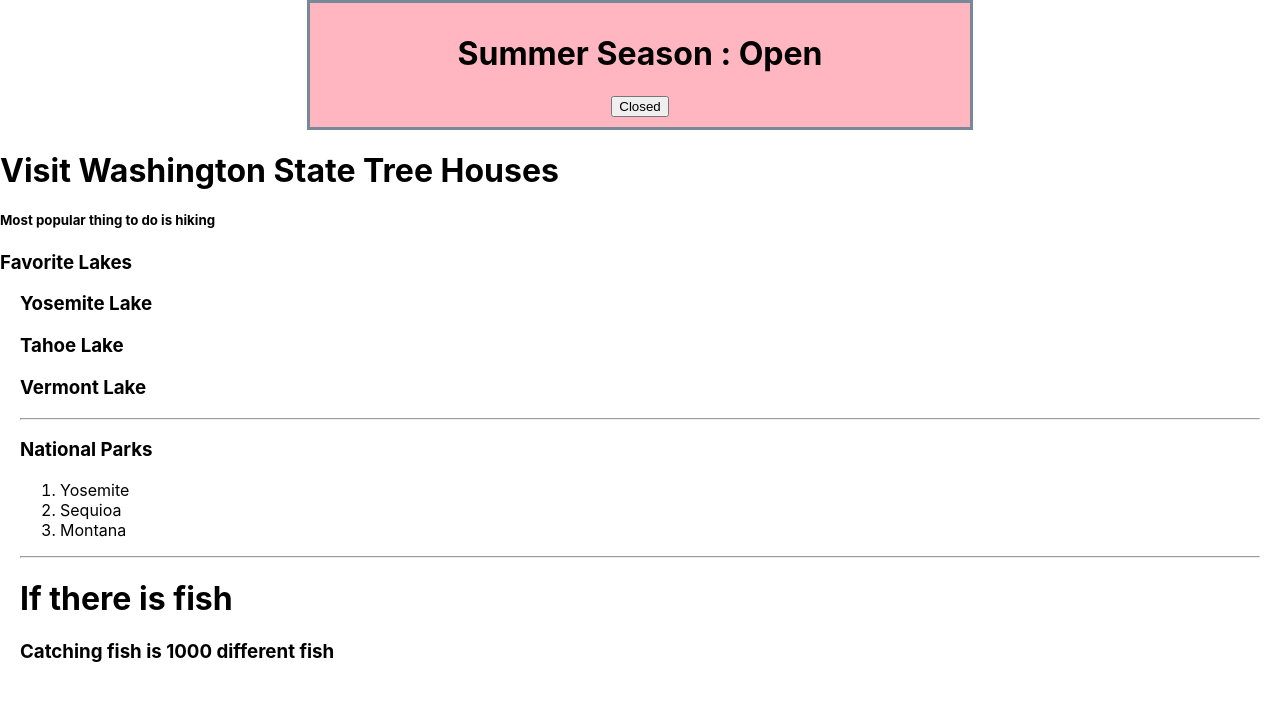
Repository: CaptainStorm21/intro-react-hooks
Page: /
These files come from the project's save history. The page is drawn as it stood at one moment and after the next save; the edit follows.
The browser window is 1280 px wide. The pictures show the whole page.
The project was rebuilt for these pictures with package versions that can differ from the ones it lists, and the page was loaded fresh each time. Also part of the build but not shown: src/App.css.

Above is the page before, as saved 2020-05-27 00:24:31.

After the next save:
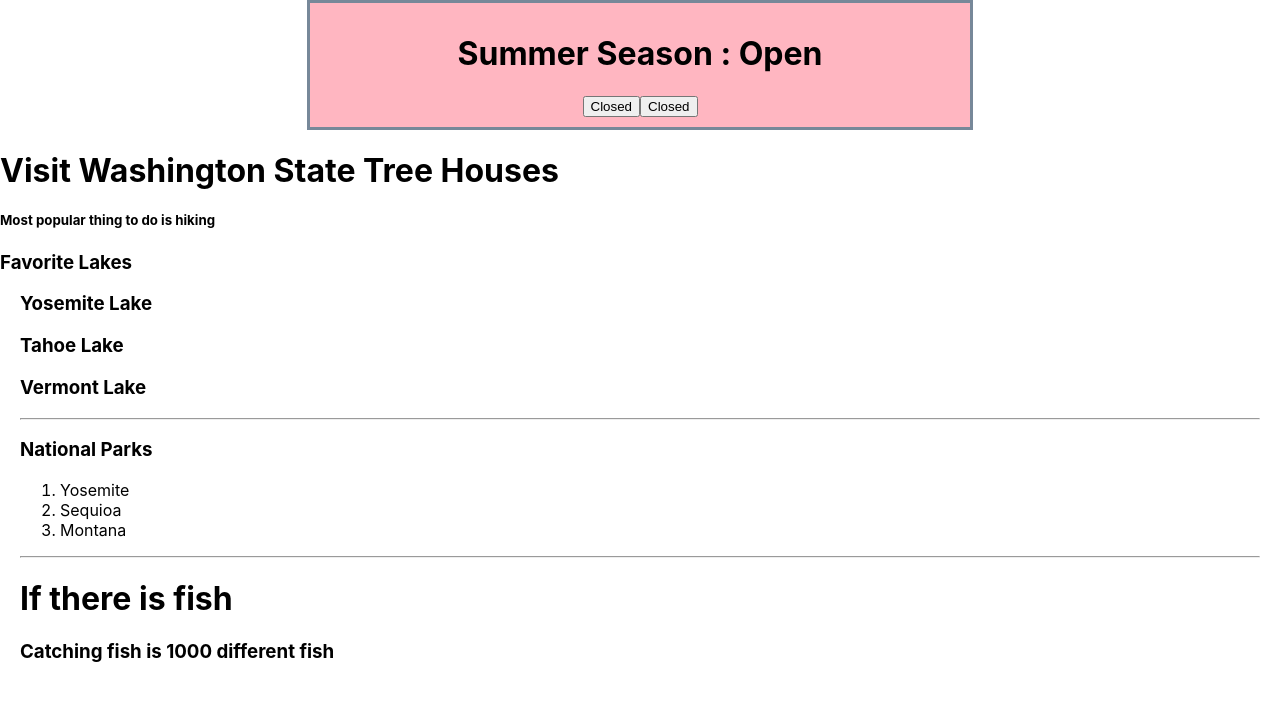
Saved 23 s later.
--- a/src/Fragment.js
+++ b/src/Fragment.js
@@ -20,8 +20,9 @@ function Fragment() {
   return (
     <>
       <div className="div-style">
-              <h1>Summer Season : {status}</h1>
-              <button onClick = { () => setStatus ("Closed")}>Closed</button>
+        <h1>Summer Season : {status}</h1>
+        <button onClick={() => setStatus("Closed")}>Closed</button>
+        <button onClick={() => setStatus("Closed")}>Closed</button>
       </div>
     </>
   );
